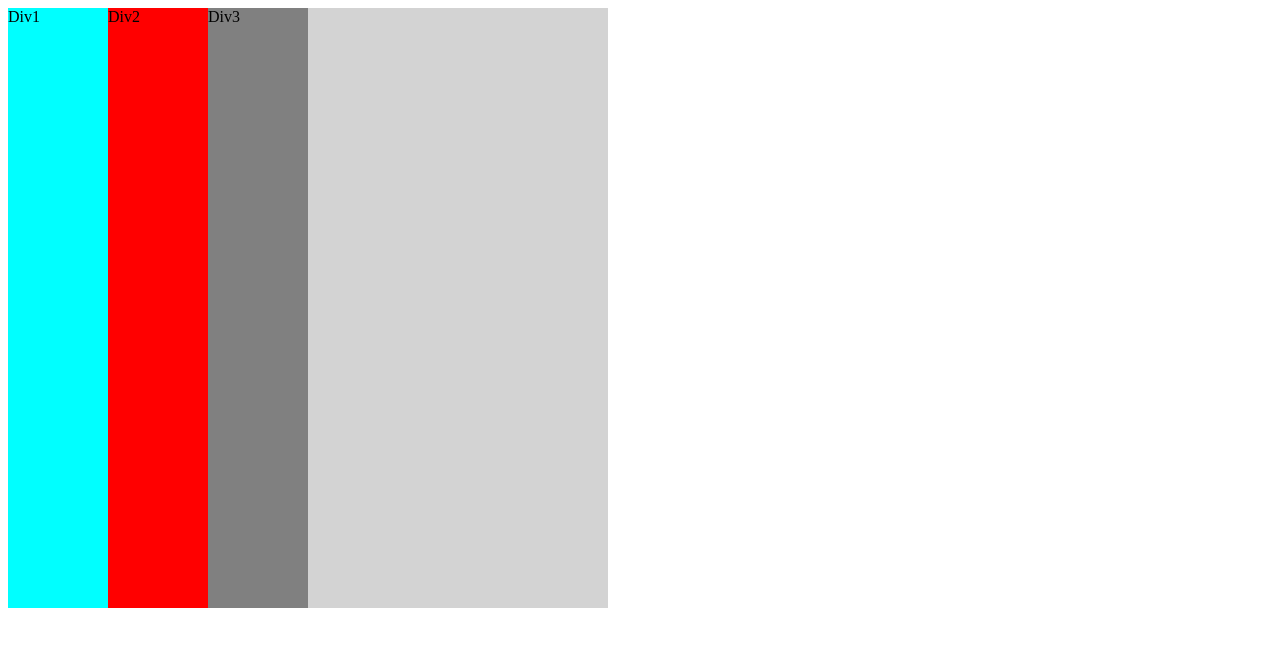
Repository: Sayan-100/Javascript
Page: Flex align content/index.html
These files come from the project's save history. The page is drawn as it stood at one moment and after the next save; the edit follows.
The browser window is 1280 px wide. The pictures show the whole page.

Above is the page before, as saved 2021-12-31 17:23:56.

After the next save:
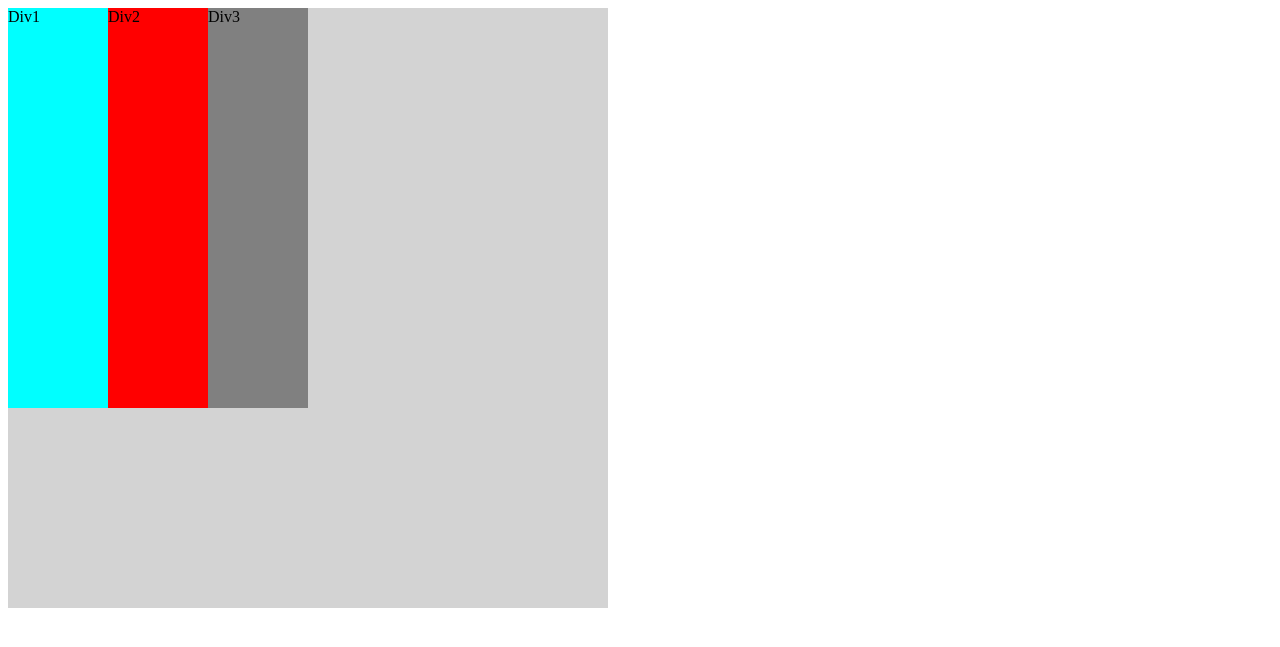
Saved 53 s later.
--- a/Flex align content/style.css
+++ b/Flex align content/style.css
@@ -32,6 +32,7 @@
      /* height: 100px;
      width: 100px; */
      height: auto;
+     max-height: 400px;
      width: 100px;
  }
 
